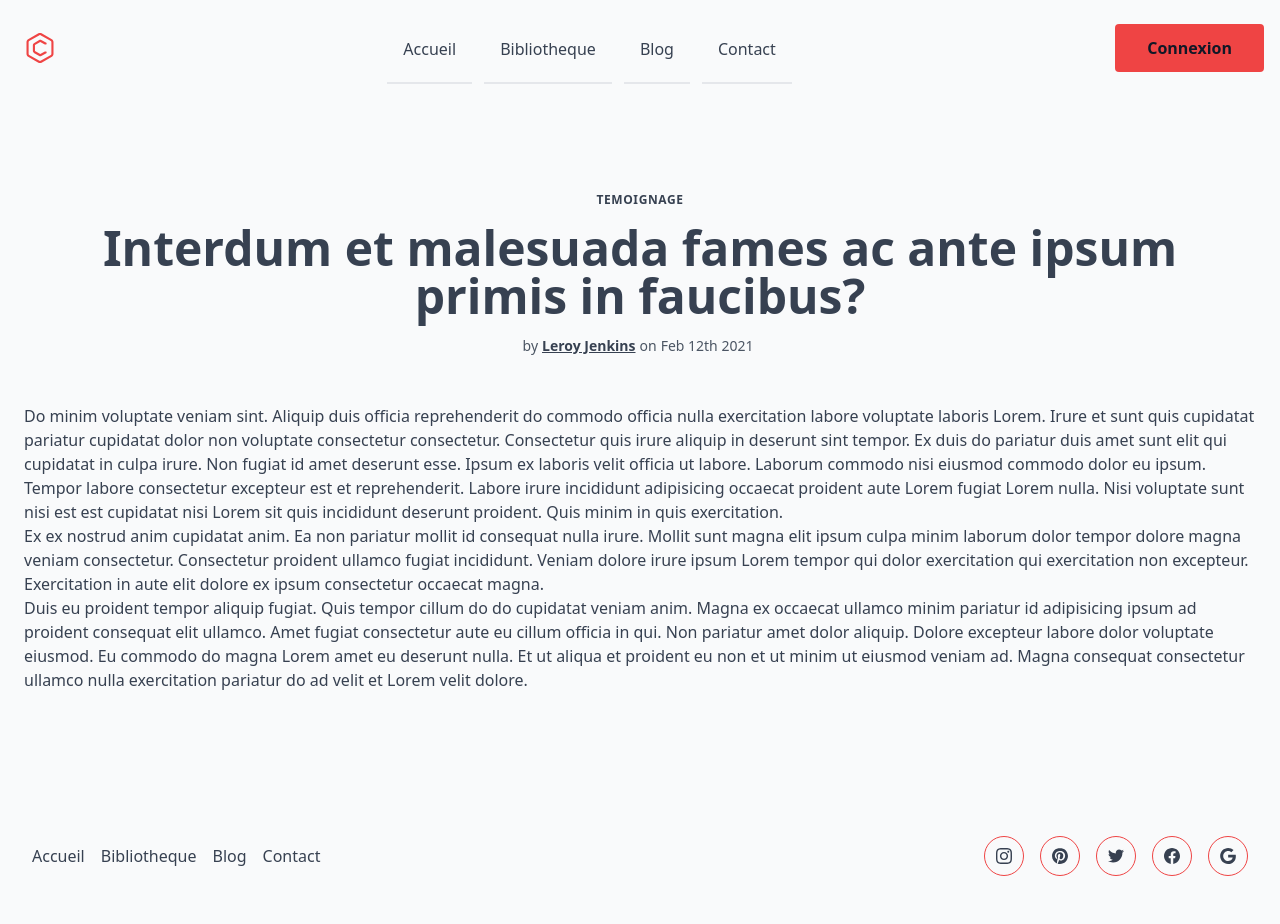
Repository: erulabs243/museum
Page: /stories/un-simple-slug
An editor plug-in stored every save of this project. The page is shown before and after the next save, followed by the edit.
The browser window is 1280 px wide. The pictures show the whole page.
The project was rebuilt for these pictures with package versions that can differ from the ones it lists, and the page was loaded fresh each time. Also part of the build but not shown: vite.config.js, src/pages/admin/Home.jsx, src/pages/commons/NotFound.jsx, src/components/atoms/TagBadge.jsx, src/components/atoms/MyAudioPlayer.jsx, src/components/atoms/MyVideoPlayer.jsx, src/components/atoms/MediaCard.jsx, src/components/sections/Testimonial.jsx and 15 more.

Above is the page before, as saved 2022-08-10 12:44:00.

### index.html
<!DOCTYPE html>
<html lang="en">
  <head>
    <meta charset="UTF-8" />
    <link rel="icon" type="image/svg+xml" href="/vite.svg" />
    <link rel="stylesheet" href="src/theme/App.css">
    <meta name="viewport" content="width=device-width, initial-scale=1.0" />
    <title>Museum...</title>
  </head>
  <body class="bg-gray-50">
    <div id="root"></div>
    <script type="module" src="/src/main.jsx"></script>
  </body>
</html>

### src/App.jsx
'use strict';

import {BrowserRouter, Route, Routes} from 'react-router-dom';
import { AdminRoutes, CommonsRoutes, UserRoutes, AuthRoutes } from './routes';

const App = () => {
  return (
      <BrowserRouter>
        <Routes>
          {AuthRoutes.map(route => <Route path={route.path} key={route.path} element={route.element} />)}
          {UserRoutes.map(route => <Route path={route.path} key={route.path} element={route.element} />)}
          {AdminRoutes.map(route => <Route path={route.path} key={route.path} element={route.element} />)}
          {CommonsRoutes.map(route => <Route path={route.path} key={route.path} element={route.element} />)}
        </Routes>
      </BrowserRouter>
  );
};

export default App

### src/routes/index.jsx
'use strict';

import AdminRoutes from "./AdminRoutes";
import CommonsRoutes from "./CommonsRoutes";
import UserRoutes from "./UserRoutes";
import AuthRoutes from "./AuthRoutes";

export {UserRoutes, AdminRoutes, CommonsRoutes, AuthRoutes};

### src/routes/AdminRoutes.jsx
'use strict';

import { Home } from "../pages/admin";

const AdminRoutes = [
    {
        path: '/admin',
        element: <Home />
    }
];

export default AdminRoutes;

### src/routes/CommonsRoutes.jsx
'use strict';

import {NotFound} from '../pages/commons';

const CommonsRoutes = [
    {
        path: '*',
        element: <NotFound />
    }
]

export default CommonsRoutes;

### src/routes/UserRoutes.jsx
'use strict';

import {
    Blog,
    Contact,
    Gallery,
    Home,
    Library,
    Podcast,
    Story,
    Testimonials,
    Videos
} from '../pages/user';

const UserRoutes = [
    {
        path: '/',
        element: <Home />
    },
    {
        path: '/contact',
        element: <Contact />
    },
    {
        path: '/library',
        element: <Library />
    },
    {
        path: '/stories',
        element: <Testimonials />
    },
    {
        path: '/stories/:slug',
        element: <Story />
    },
    {
        path: '/gallery',
        element: <Gallery />
    },
    {
        path: '/videos',
        element: <Videos />
    },
    {
        path: '/podcast',
        element: <Podcast />
    },
    {
        path: '/blog',
        element: <Blog />
    }
];

export default UserRoutes;

### src/routes/AuthRoutes.jsx
'use strict';

import {Login} from '../pages/auth';

const AuthRoutes = [
    {
        path: '/login',
        element: <Login />
    }
];

export default AuthRoutes;

### src/pages/admin/index.jsx
'use strict';

import Home from './Home';

export {Home};

### src/pages/commons/index.jsx
'use strict';

import NotFound from './NotFound';

export {NotFound};

### src/pages/user/index.jsx
'use strict';

import Blog from './Blog';
import Contact from './Contact';
import Gallery from './Gallery';
import Library from './Library';
import Podcast from './Podcast';
import Testimonials from './Testimonials';
import Videos from './Videos';
import Home from './Home';
import Story from './Story';

export { Home, Blog, Contact, Gallery, Library, Podcast, Testimonials, Videos, Story };

### src/pages/auth/index.jsx
'use strict';

import Login from "./Login";

export {Login};

### src/pages/user/Story.jsx
'use strict';

import { Navbar, Footer } from '../../components/sections';

const Story = () => {
    return (
        <main>
            <Navbar />

            <article className="max-w-2xl px-6 py-24 mx-auto space-y-12 bg-gray-50 text-gray-700">
                <div className="w-full mx-auto space-y-4 text-center">
                    <p className="text-xs font-semibold tracking-wider uppercase">Temoignage</p>
                    <h1 className="text-4xl font-bold leading-tight md:text-5xl">
                        Interdum et malesuada fames ac ante ipsum primis in faucibus?
                    </h1>
                    <p className="text-sm text-gray-600">
                        by
                        <span className="mx-1 underline text-gray-700 font-semibold">
                            <span itemProp="name">Leroy Jenkins</span>
                        </span>
                        on
                        <time dateTime="2021-02-12 15:34:18-0200" className="mx-1">
                            Feb 12th 2021
                        </time>
                    </p>
                </div>
                <div className="text-gray-700">
                    <p>
                        Do minim voluptate veniam sint. Aliquip duis officia reprehenderit do
                        commodo officia nulla exercitation labore voluptate laboris Lorem. Irure et
                        sunt quis cupidatat pariatur cupidatat dolor non voluptate consectetur
                        consectetur. Consectetur quis irure aliquip in deserunt sint tempor. Ex duis
                        do pariatur duis amet sunt elit qui cupidatat in culpa irure. Non fugiat id
                        amet deserunt esse. Ipsum ex laboris velit officia ut labore. Laborum
                        commodo nisi eiusmod commodo dolor eu ipsum. Tempor labore consectetur
                        excepteur est et reprehenderit. Labore irure incididunt adipisicing occaecat
                        proident aute Lorem fugiat Lorem nulla. Nisi voluptate sunt nisi est est
                        cupidatat nisi Lorem sit quis incididunt deserunt proident. Quis minim in
                        quis exercitation. <br /> Ex ex nostrud anim cupidatat anim. Ea non pariatur
                        mollit id consequat nulla irure. Mollit sunt magna elit ipsum culpa minim
                        laborum dolor tempor dolore magna veniam consectetur. Consectetur proident
                        ullamco fugiat incididunt. Veniam dolore irure ipsum Lorem tempor qui dolor
                        exercitation qui exercitation non excepteur. Exercitation in aute elit
                        dolore ex ipsum consectetur occaecat magna. <br /> Duis eu proident tempor
                        aliquip fugiat. Quis tempor cillum do do cupidatat veniam anim. Magna ex
                        occaecat ullamco minim pariatur id adipisicing ipsum ad proident consequat
                        elit ullamco. Amet fugiat consectetur aute eu cillum officia in qui. Non
                        pariatur amet dolor aliquip. Dolore excepteur labore dolor voluptate
                        eiusmod. Eu commodo do magna Lorem amet eu deserunt nulla. Et ut aliqua et
                        proident eu non et ut minim ut eiusmod veniam ad. Magna consequat
                        consectetur ullamco nulla exercitation pariatur do ad velit et Lorem velit
                        dolore.
                    </p>
                </div>
            </article>

            <Footer />
        </main>
    );
};

export default Story;

### src/components/sections/index.jsx
'use strict';

import Navbar from './Navbar';
import Footer from './Footer';
import Testimonial from './Testimonial';
import LibraryHeader from './LibraryHeader';
import Pagination from './Pagination';
import Article from './Article';
import Image from './Image';
import Modal from './Modal';

export { Navbar, Footer, Testimonial, LibraryHeader, Pagination, Article, Image, Modal };

### src/components/atoms/index.jsx
'use strict';

import NavLink from './headers/NavLink';
import Button from './headers/Button';
import TagBadge from './TagBadge';
import MyAudioPlayer from './MyAudioPlayer';
import MyVideoPlayer from './MyVideoPlayer';
import MediaCard from './MediaCard';

export { Button, NavLink, TagBadge, MyAudioPlayer, MyVideoPlayer, MediaCard };

### src/components/sections/Navbar.jsx
'use strict';

import { Button, NavLink } from '../atoms';

const setActiveMenu = (menu) => {
    let url = window.location.href;
    url = url.substring(url.lastIndexOf('/') + 1);
    if (['stories', 'podcast', 'gallery', 'videos'].includes(url)) url = 'library';

    return menu == 'home' && url == '' ? true : url.includes(menu);
};

const Navbar = () => {
    return (
        <header className="p-4 sticky top-0 bg-gray-50 text-gray-700">
            <div className="container flex justify-between h-16 mx-auto">
                <a
                    rel="noopener noreferrer"
                    href="#"
                    aria-label="Back to homepage"
                    className="flex items-center p-2">
                    <svg
                        xmlns="http://www.w3.org/2000/svg"
                        fill="currentColor"
                        viewBox="0 0 32 32"
                        className="w-8 h-8 text-red-500">
                        <path d="M27.912 7.289l-10.324-5.961c-0.455-0.268-1.002-0.425-1.588-0.425s-1.133 0.158-1.604 0.433l0.015-0.008-10.324 5.961c-0.955 0.561-1.586 1.582-1.588 2.75v11.922c0.002 1.168 0.635 2.189 1.574 2.742l0.016 0.008 10.322 5.961c0.455 0.267 1.004 0.425 1.59 0.425 0.584 0 1.131-0.158 1.602-0.433l-0.014 0.008 10.322-5.961c0.955-0.561 1.586-1.582 1.588-2.75v-11.922c-0.002-1.168-0.633-2.189-1.573-2.742zM27.383 21.961c0 0.389-0.211 0.73-0.526 0.914l-0.004 0.002-10.324 5.961c-0.152 0.088-0.334 0.142-0.53 0.142s-0.377-0.053-0.535-0.145l0.005 0.002-10.324-5.961c-0.319-0.186-0.529-0.527-0.529-0.916v-11.922c0-0.389 0.211-0.73 0.526-0.914l0.004-0.002 10.324-5.961c0.152-0.090 0.334-0.143 0.53-0.143s0.377 0.053 0.535 0.144l-0.006-0.002 10.324 5.961c0.319 0.185 0.529 0.527 0.529 0.916z"></path>
                        <path d="M22.094 19.451h-0.758c-0.188 0-0.363 0.049-0.515 0.135l0.006-0.004-4.574 2.512-5.282-3.049v-6.082l5.282-3.051 4.576 2.504c0.146 0.082 0.323 0.131 0.508 0.131h0.758c0.293 0 0.529-0.239 0.529-0.531v-0.716c0-0.2-0.11-0.373-0.271-0.463l-0.004-0.002-5.078-2.777c-0.293-0.164-0.645-0.26-1.015-0.26-0.39 0-0.756 0.106-1.070 0.289l0.010-0.006-5.281 3.049c-0.636 0.375-1.056 1.055-1.059 1.834v6.082c0 0.779 0.422 1.461 1.049 1.828l0.009 0.006 5.281 3.049c0.305 0.178 0.67 0.284 1.061 0.284 0.373 0 0.723-0.098 1.027-0.265l-0.012 0.006 5.080-2.787c0.166-0.091 0.276-0.265 0.276-0.465v-0.716c0-0.293-0.238-0.529-0.529-0.529z"></path>
                    </svg>
                </a>
                <ul className="items-stretch hidden space-x-3 lg:flex">
                    <li className="flex">
                        <NavLink
                            link={{ name: 'Accueil', path: '', active: setActiveMenu('home') }}
                        />
                    </li>
                    <li className="flex">
                        <NavLink
                            link={{
                                name: 'Bibliotheque',
                                path: 'stories',
                                active: setActiveMenu('library')
                            }}
                        />
                    </li>
                    <li className="flex">
                        <NavLink
                            link={{ name: 'Blog', path: 'blog', active: setActiveMenu('blog') }}
                        />
                    </li>
                    <li className="flex">
                        <NavLink
                            link={{
                                name: 'Contact',
                                path: 'contact',
                                active: setActiveMenu('contact')
                            }}
                        />
                    </li>
                </ul>
                <div className="items-center flex-shrink-0 hidden lg:flex">
                    {/* <button className="self-center px-8 py-3 rounded">Sign in</button> */}
                    <Button link={{ name: 'Connexion' }} />
                </div>
                <button className="p-4 lg:hidden">
                    <svg
                        xmlns="http://www.w3.org/2000/svg"
                        fill="none"
                        viewBox="0 0 24 24"
                        stroke="currentColor"
                        className="w-6 h-6 text-gray-100">
                        <path
                            strokeLinecap="round"
                            strokeLinejoin="round"
                            strokeWidth="2"
                            d="M4 6h16M4 12h16M4 18h16"></path>
                    </svg>
                </button>
            </div>
        </header>
    );
};

export default Navbar;

### src/components/sections/Footer.jsx
'use strict';

import { Link } from 'react-router-dom';

const Footer = () => {
  return (
    <footer className="bg-gray-50 text-gray-700">
      <div className="container flex flex-col p-4 mx-auto md:p-8 lg:flex-row divide-gray-400">
        <ul className="self-center py-6 space-y-4 text-center sm:flex sm:space-y-0 sm:justify-around sm:space-x-4 lg:flex-1 lg:justify-start">
          <li>
            <Link to="/" className="hover:text-red-500">
              Accueil
            </Link>
          </li>
          <li>
            <Link to="/library" className="hover:text-red-500">
              Bibliotheque
            </Link>
          </li>
          <li>
            <Link to="/blog" className="hover:text-red-500">
              Blog
            </Link>
          </li>
          <li>
            <Link to="/contact" className="hover:text-red-500">
              Contact
            </Link>
          </li>
        </ul>
        <div className="flex flex-col justify-center pt-6 lg:pt-0">
          <div className="flex justify-center space-x-4">
            <a
              rel="noopener noreferrer"
              href="#"
              title="Instagram"
              className="flex items-center justify-center w-8 h-8 rounded-full sm:w-10 sm:h-10 border-red-500 border hover:bg-red-500 hover:text-gray-100 text-gray-700">
              <svg
                xmlns="http://www.w3.org/2000/svg"
                viewBox="0 0 32 32"
                fill="currentColor"
                className="w-4 h-4">
                <path d="M16 0c-4.349 0-4.891 0.021-6.593 0.093-1.709 0.084-2.865 0.349-3.885 0.745-1.052 0.412-1.948 0.959-2.833 1.849-0.891 0.885-1.443 1.781-1.849 2.833-0.396 1.020-0.661 2.176-0.745 3.885-0.077 1.703-0.093 2.244-0.093 6.593s0.021 4.891 0.093 6.593c0.084 1.704 0.349 2.865 0.745 3.885 0.412 1.052 0.959 1.948 1.849 2.833 0.885 0.891 1.781 1.443 2.833 1.849 1.020 0.391 2.181 0.661 3.885 0.745 1.703 0.077 2.244 0.093 6.593 0.093s4.891-0.021 6.593-0.093c1.704-0.084 2.865-0.355 3.885-0.745 1.052-0.412 1.948-0.959 2.833-1.849 0.891-0.885 1.443-1.776 1.849-2.833 0.391-1.020 0.661-2.181 0.745-3.885 0.077-1.703 0.093-2.244 0.093-6.593s-0.021-4.891-0.093-6.593c-0.084-1.704-0.355-2.871-0.745-3.885-0.412-1.052-0.959-1.948-1.849-2.833-0.885-0.891-1.776-1.443-2.833-1.849-1.020-0.396-2.181-0.661-3.885-0.745-1.703-0.077-2.244-0.093-6.593-0.093zM16 2.88c4.271 0 4.781 0.021 6.469 0.093 1.557 0.073 2.405 0.333 2.968 0.553 0.751 0.291 1.276 0.635 1.844 1.197 0.557 0.557 0.901 1.088 1.192 1.839 0.22 0.563 0.48 1.411 0.553 2.968 0.072 1.688 0.093 2.199 0.093 6.469s-0.021 4.781-0.099 6.469c-0.084 1.557-0.344 2.405-0.563 2.968-0.303 0.751-0.641 1.276-1.199 1.844-0.563 0.557-1.099 0.901-1.844 1.192-0.556 0.22-1.416 0.48-2.979 0.553-1.697 0.072-2.197 0.093-6.479 0.093s-4.781-0.021-6.48-0.099c-1.557-0.084-2.416-0.344-2.979-0.563-0.76-0.303-1.281-0.641-1.839-1.199-0.563-0.563-0.921-1.099-1.197-1.844-0.224-0.556-0.48-1.416-0.563-2.979-0.057-1.677-0.084-2.197-0.084-6.459 0-4.26 0.027-4.781 0.084-6.479 0.083-1.563 0.339-2.421 0.563-2.979 0.276-0.761 0.635-1.281 1.197-1.844 0.557-0.557 1.079-0.917 1.839-1.199 0.563-0.219 1.401-0.479 2.964-0.557 1.697-0.061 2.197-0.083 6.473-0.083zM16 7.787c-4.541 0-8.213 3.677-8.213 8.213 0 4.541 3.677 8.213 8.213 8.213 4.541 0 8.213-3.677 8.213-8.213 0-4.541-3.677-8.213-8.213-8.213zM16 21.333c-2.948 0-5.333-2.385-5.333-5.333s2.385-5.333 5.333-5.333c2.948 0 5.333 2.385 5.333 5.333s-2.385 5.333-5.333 5.333zM26.464 7.459c0 1.063-0.865 1.921-1.923 1.921-1.063 0-1.921-0.859-1.921-1.921 0-1.057 0.864-1.917 1.921-1.917s1.923 0.86 1.923 1.917z"></path>
              </svg>
            </a>
            <a
              rel="noopener noreferrer"
              href="#"
              title="Pinterest"
              className="flex items-center justify-center w-8 h-8 rounded-full sm:w-10 sm:h-10 border-red-500 border hover:bg-red-500 hover:text-gray-100 text-gray-700">
              <svg
                xmlns="http://www.w3.org/2000/svg"
                fill="currentColor"
                viewBox="0 0 32 32"
                className="w-4 h-4">
                <path d="M16.021 0c-8.828 0-15.984 7.156-15.984 15.984 0 6.771 4.214 12.552 10.161 14.88-0.141-1.266-0.266-3.203 0.052-4.583 0.292-1.25 1.875-7.943 1.875-7.943s-0.479-0.964-0.479-2.375c0-2.219 1.292-3.88 2.891-3.88 1.365 0 2.026 1.021 2.026 2.25 0 1.37-0.87 3.422-1.323 5.323-0.38 1.589 0.797 2.885 2.365 2.885 2.839 0 5.026-2.995 5.026-7.318 0-3.813-2.75-6.49-6.677-6.49-4.547 0-7.214 3.417-7.214 6.932 0 1.375 0.526 2.854 1.188 3.651 0.13 0.161 0.146 0.302 0.109 0.464-0.12 0.5-0.391 1.599-0.443 1.818-0.073 0.297-0.229 0.359-0.536 0.219-1.99-0.922-3.245-3.839-3.245-6.193 0-5.036 3.667-9.672 10.563-9.672 5.542 0 9.854 3.958 9.854 9.229 0 5.516-3.474 9.953-8.307 9.953-1.62 0-3.141-0.839-3.677-1.839l-1 3.797c-0.359 1.391-1.339 3.135-2 4.193 1.5 0.458 3.078 0.714 4.734 0.714 8.813 0 15.979-7.151 15.979-15.984 0-8.828-7.167-15.979-15.979-15.979z"></path>
              </svg>
            </a>
            <a
              rel="noopener noreferrer"
              href="#"
              title="Twitter"
              className="flex items-center justify-center w-8 h-8 rounded-full sm:w-10 sm:h-10 border-red-500 border hover:bg-red-500 hover:text-gray-100 text-gray-700">
              <svg
                xmlns="http://www.w3.org/2000/svg"
                fill="currentColor"
                viewBox="0 0 32 32"
                className="w-4 h-4">
                <path d="M31.937 6.093c-1.177 0.516-2.437 0.871-3.765 1.032 1.355-0.813 2.391-2.099 2.885-3.631-1.271 0.74-2.677 1.276-4.172 1.579-1.192-1.276-2.896-2.079-4.787-2.079-3.625 0-6.563 2.937-6.563 6.557 0 0.521 0.063 1.021 0.172 1.495-5.453-0.255-10.287-2.875-13.52-6.833-0.568 0.964-0.891 2.084-0.891 3.303 0 2.281 1.161 4.281 2.916 5.457-1.073-0.031-2.083-0.328-2.968-0.817v0.079c0 3.181 2.26 5.833 5.26 6.437-0.547 0.145-1.131 0.229-1.724 0.229-0.421 0-0.823-0.041-1.224-0.115 0.844 2.604 3.26 4.5 6.14 4.557-2.239 1.755-5.077 2.801-8.135 2.801-0.521 0-1.041-0.025-1.563-0.088 2.917 1.86 6.36 2.948 10.079 2.948 12.067 0 18.661-9.995 18.661-18.651 0-0.276 0-0.557-0.021-0.839 1.287-0.917 2.401-2.079 3.281-3.396z"></path>
              </svg>
            </a>
            <a
              rel="noopener noreferrer"
              href="#"
              title="Facebook"
              className="flex items-center justify-center w-8 h-8 rounded-full sm:w-10 sm:h-10 border-red-500 border hover:bg-red-500 hover:text-gray-100 text-gray-700">
              <svg
                xmlns="http://www.w3.org/2000/svg"
                fill="currentColor"
                viewBox="0 0 32 32"
                className="w-4 h-4">
                <path d="M32 16c0-8.839-7.167-16-16-16-8.839 0-16 7.161-16 16 0 7.984 5.849 14.604 13.5 15.803v-11.177h-4.063v-4.625h4.063v-3.527c0-4.009 2.385-6.223 6.041-6.223 1.751 0 3.584 0.312 3.584 0.312v3.937h-2.021c-1.984 0-2.604 1.235-2.604 2.5v3h4.437l-0.713 4.625h-3.724v11.177c7.645-1.199 13.5-7.819 13.5-15.803z"></path>
              </svg>
            </a>
            <a
              rel="noopener noreferrer"
              href="#"
              title="Gmail"
              className="flex items-center justify-center w-8 h-8 rounded-full sm:w-10 sm:h-10 border-red-500 border hover:bg-red-500 hover:text-gray-100 text-gray-700">
              <svg
                xmlns="http://www.w3.org/2000/svg"
                fill="currentColor"
                viewBox="0 0 32 32"
                className="w-4 h-4">
                <path d="M16.318 13.714v5.484h9.078c-0.37 2.354-2.745 6.901-9.078 6.901-5.458 0-9.917-4.521-9.917-10.099s4.458-10.099 9.917-10.099c3.109 0 5.193 1.318 6.38 2.464l4.339-4.182c-2.786-2.599-6.396-4.182-10.719-4.182-8.844 0-16 7.151-16 16s7.156 16 16 16c9.234 0 15.365-6.49 15.365-15.635 0-1.052-0.115-1.854-0.255-2.651z"></path>
              </svg>
            </a>
          </div>
        </div>
      </div>
    </footer>
  );
};

export default Footer;

### src/components/atoms/headers/NavLink.jsx
'use strict';

import { Link } from 'react-router-dom';

const NavLink = ({ link = {} }) => {
  return (
    <Link
      rel="noopener noreferrer"
      to={`/${link.path}`}
      className={
        link.active
          ? 'flex items-center px-4 -mb-1 border-b-2 dark:border-transparent dark:text-red-500 dark:border-red-500'
          : 'flex items-center px-4 -mb-1 border-b-2 dark:border-transparent'
      }>
      {link.name}
    </Link>
  );
};

export default NavLink;

### src/components/atoms/headers/Button.jsx
'use strict';

const Button = ({ link = {} }) => {
  return (
    <button className="self-center px-8 py-3 font-semibold rounded bg-red-500 text-gray-900">
      {link.name}
    </button>
  );
};

export default Button;

Loaded but not shown: src/main.jsx (common file); src/theme/App.css (2450 lines, source omitted)

After the next save:
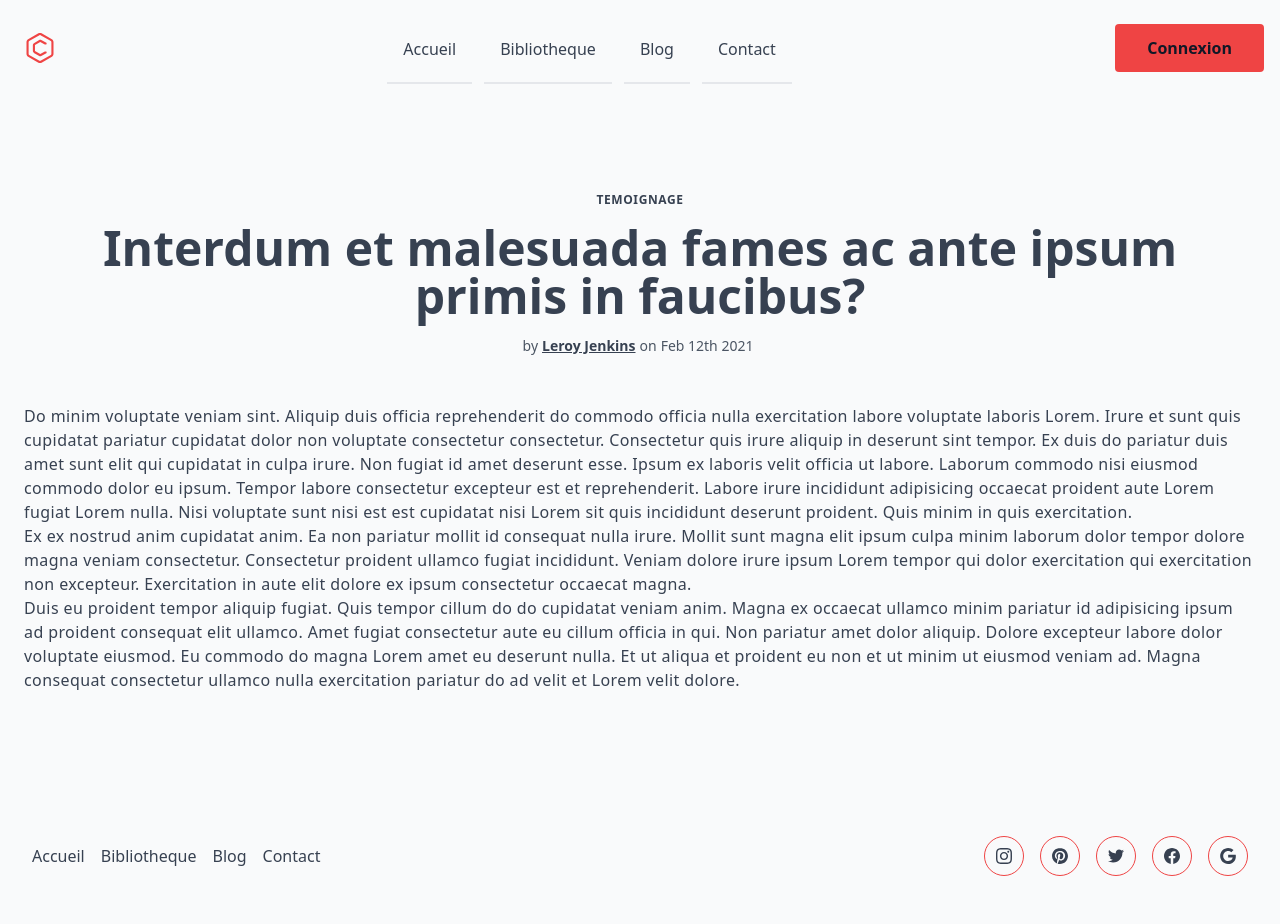
Saved 18 s later.
--- a/src/pages/user/Story.jsx
+++ b/src/pages/user/Story.jsx
@@ -24,7 +24,7 @@ const Story = () => {
                         </time>
                     </p>
                 </div>
-                <div className="text-gray-700">
+                <div className="text-gray-700 tracking-wide">
                     <p>
                         Do minim voluptate veniam sint. Aliquip duis officia reprehenderit do
                         commodo officia nulla exercitation labore voluptate laboris Lorem. Irure et
